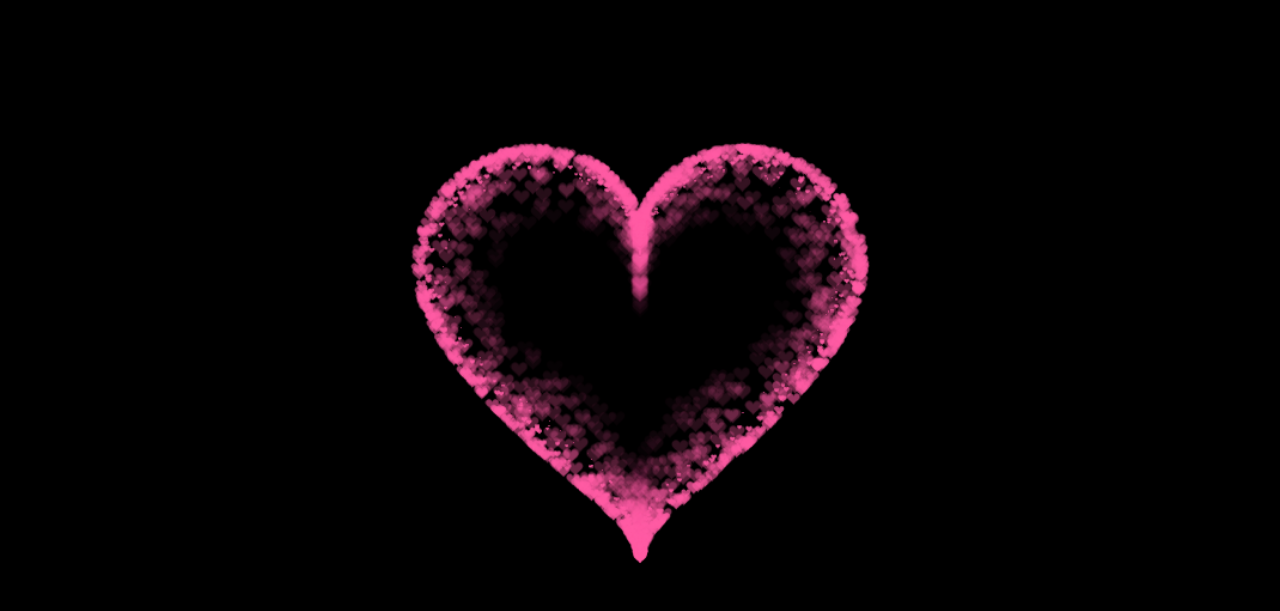
Repository: Mannj-nef/Heart-beat
Page: index.html
The author's editor kept a copy of each file at every save. The page is drawn from the files as they stood at one save, then again after the next save.
The browser window is 1280 px wide. The pictures show the whole page.

Above is the page before, as saved 2022-11-08 12:00:04.

After the next save:
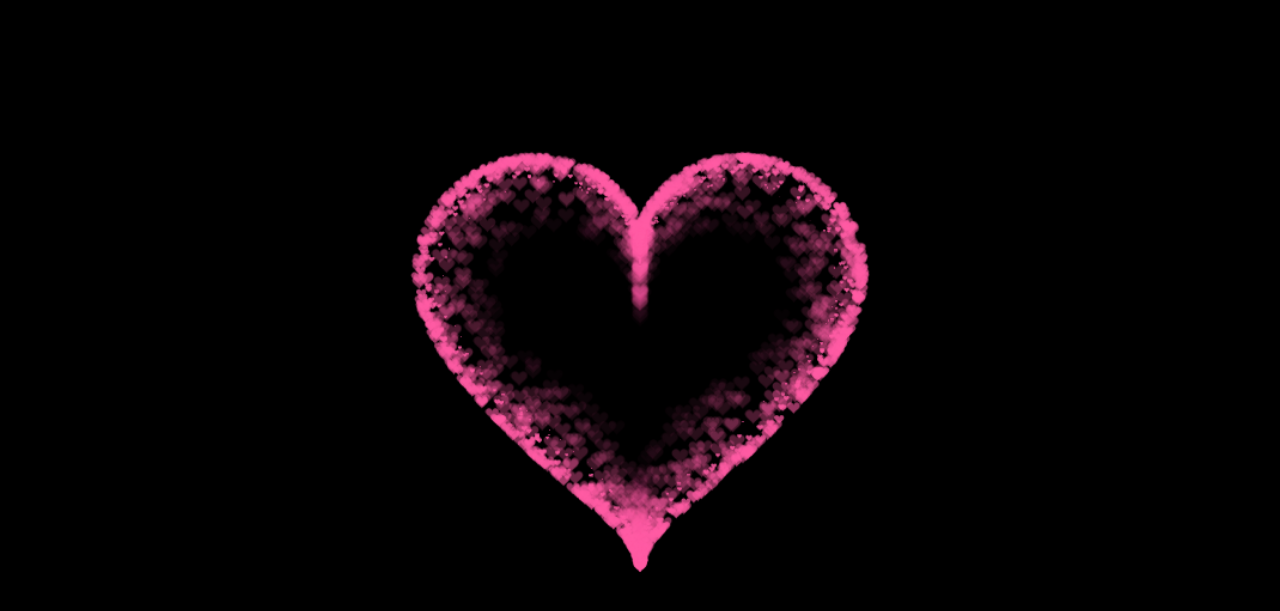
Saved 30 s later.
--- a/index.html
+++ b/index.html
@@ -11,8 +11,9 @@
 
   <body>
     <div class="box">
-      <canvas id="pinkboard"></canvas>
-      <div class="text">love</div>
+      <canvas id="pinkboard">
+        <div class="text">love</div>
+      </canvas>
     </div>
     <script src="./index.js"></script>
   </body>

After the save that followed:
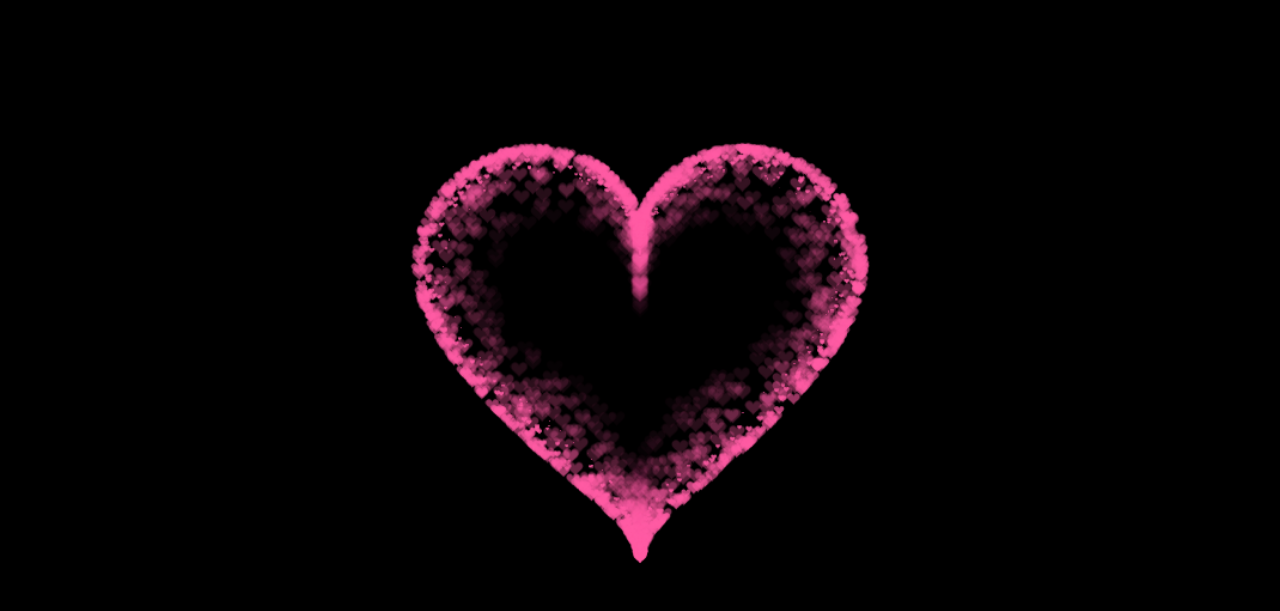
Saved 15 s later.
--- a/index.html
+++ b/index.html
@@ -11,9 +11,8 @@
 
   <body>
     <div class="box">
-      <canvas id="pinkboard">
-        <div class="text">love</div>
-      </canvas>
+      <canvas id="pinkboard"> </canvas>
+      <div class="text">love</div>
     </div>
     <script src="./index.js"></script>
   </body>
